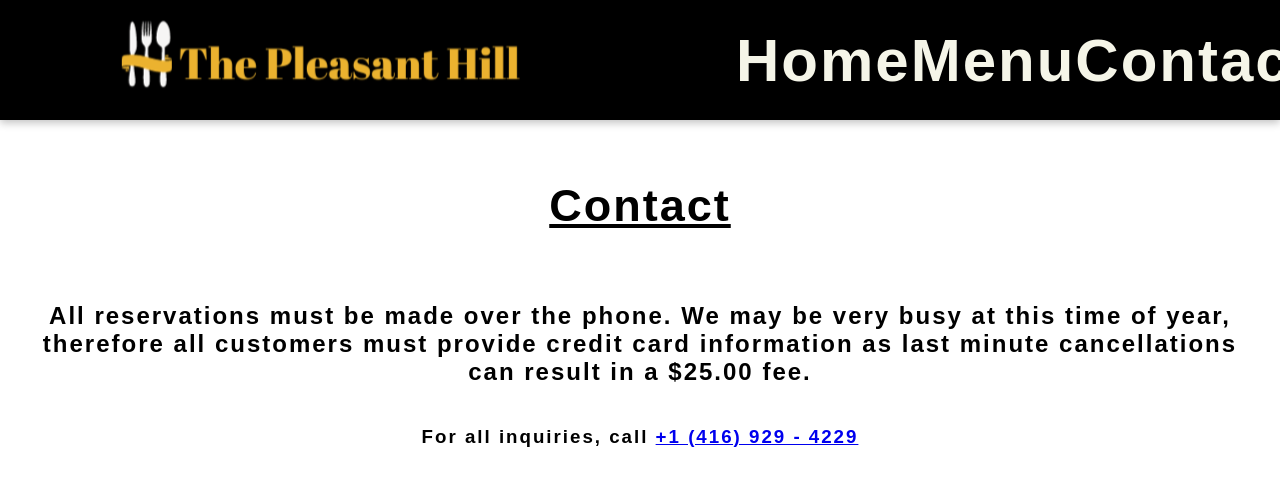
Repository: shayanabedi98/pleasant-hill-restaurant
Page: /, after clicking the first element matching `ul > :nth-child(3)`
The author's editor kept a copy of each file at every save. The page is drawn from the files as they stood at one save, then again after a run of saves.
The browser window is 1280 px wide. The pictures show the part of the page from y = 0 to 488 px (the page is 942 px tall).
Pictures or frames that could not be fetched are drawn as grey boxes. Some web fonts or font styles are not loaded; a fallback is used. The project was rebuilt for these pictures with package versions that can differ from the ones it lists, and the page was loaded fresh each time. Also part of the build but not shown: vite.config.js, src/components/MenuList.jsx, src/components/Appetizers.jsx, src/components/Entrees.jsx, src/components/Desserts.jsx, src/components/Drinks.jsx, src/components/Menu.jsx, src/index.css.

Above is the page before, as saved 2023-12-27 18:53:21.

After the next 2 saves:
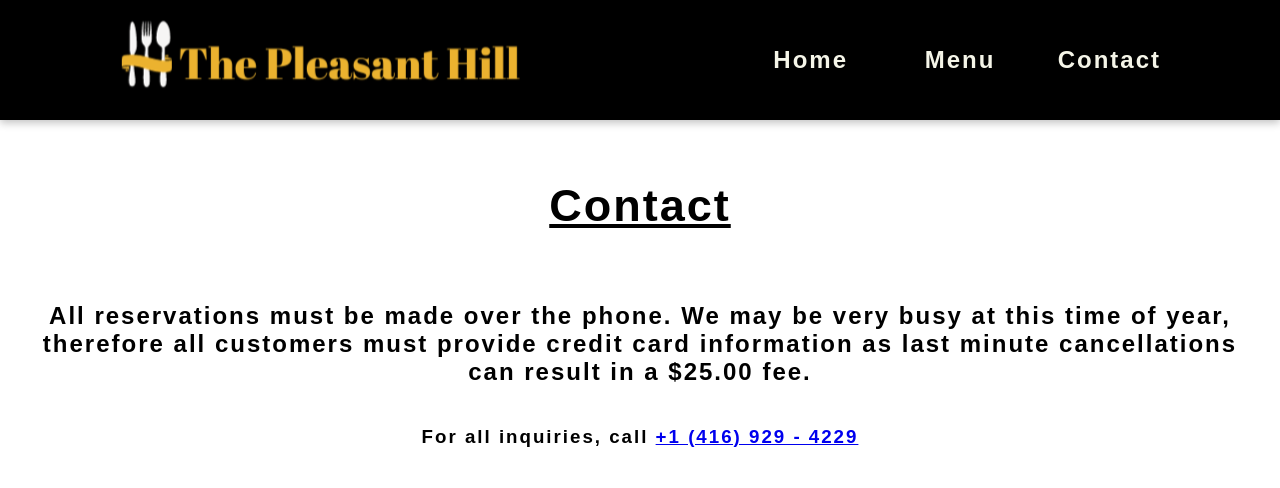
The 2 saves are shown as one change because they came seconds apart.
The last was saved 12 s later.
--- a/src/App.css
+++ b/src/App.css
@@ -31,7 +31,7 @@ body {
 
 .navbar ul li {
   list-style: none;
-  font-size: 60px;
+  font-size: 24px;
   text-align: center;
   color: rgb(245, 245, 232);
   background-color: black;
